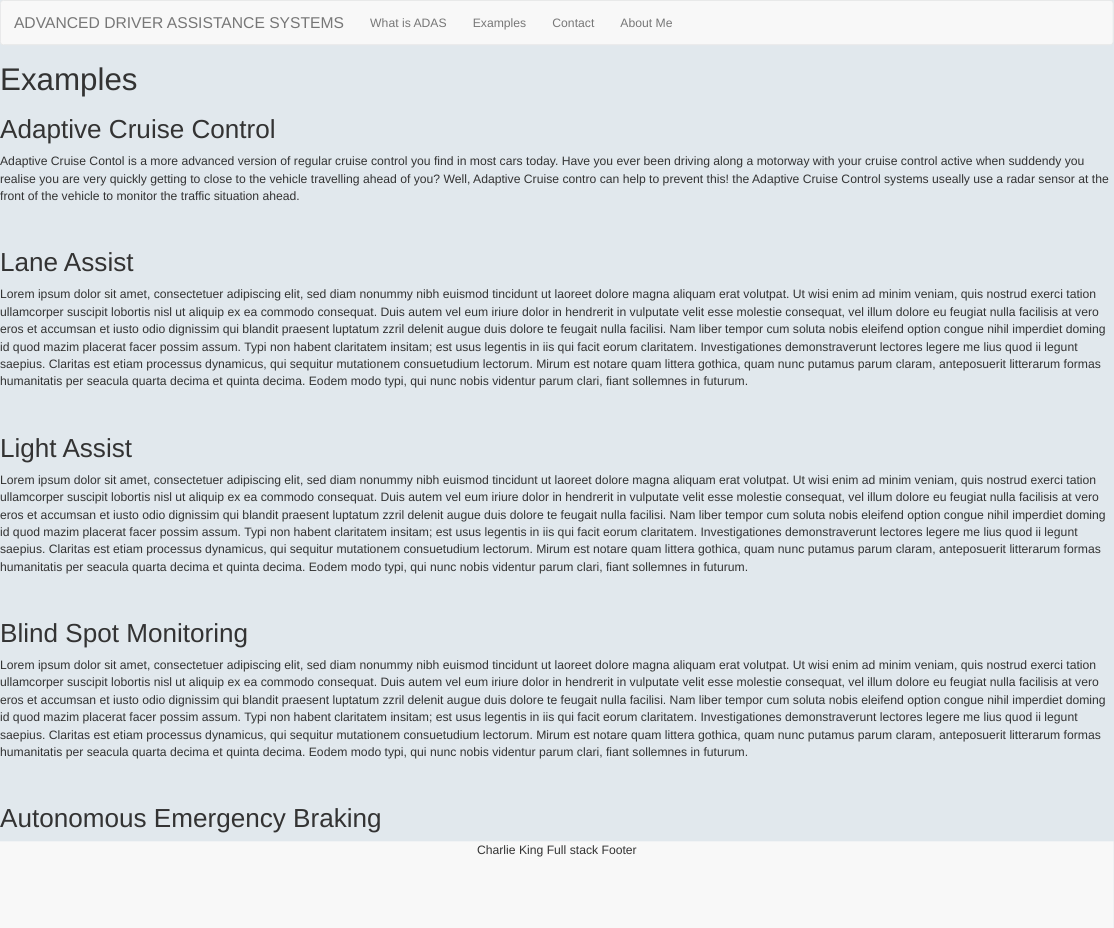
Repository: Cha-K28/First-Milestone-Project
Page: examples.html
The author's editor kept a record of every edit. The page is drawn from the files as they stood at one moment, then again after the next edit.
The browser window is 1280 px wide. The pictures show the whole page, at 87% of full size.

Above is the page before.

After the next edit:
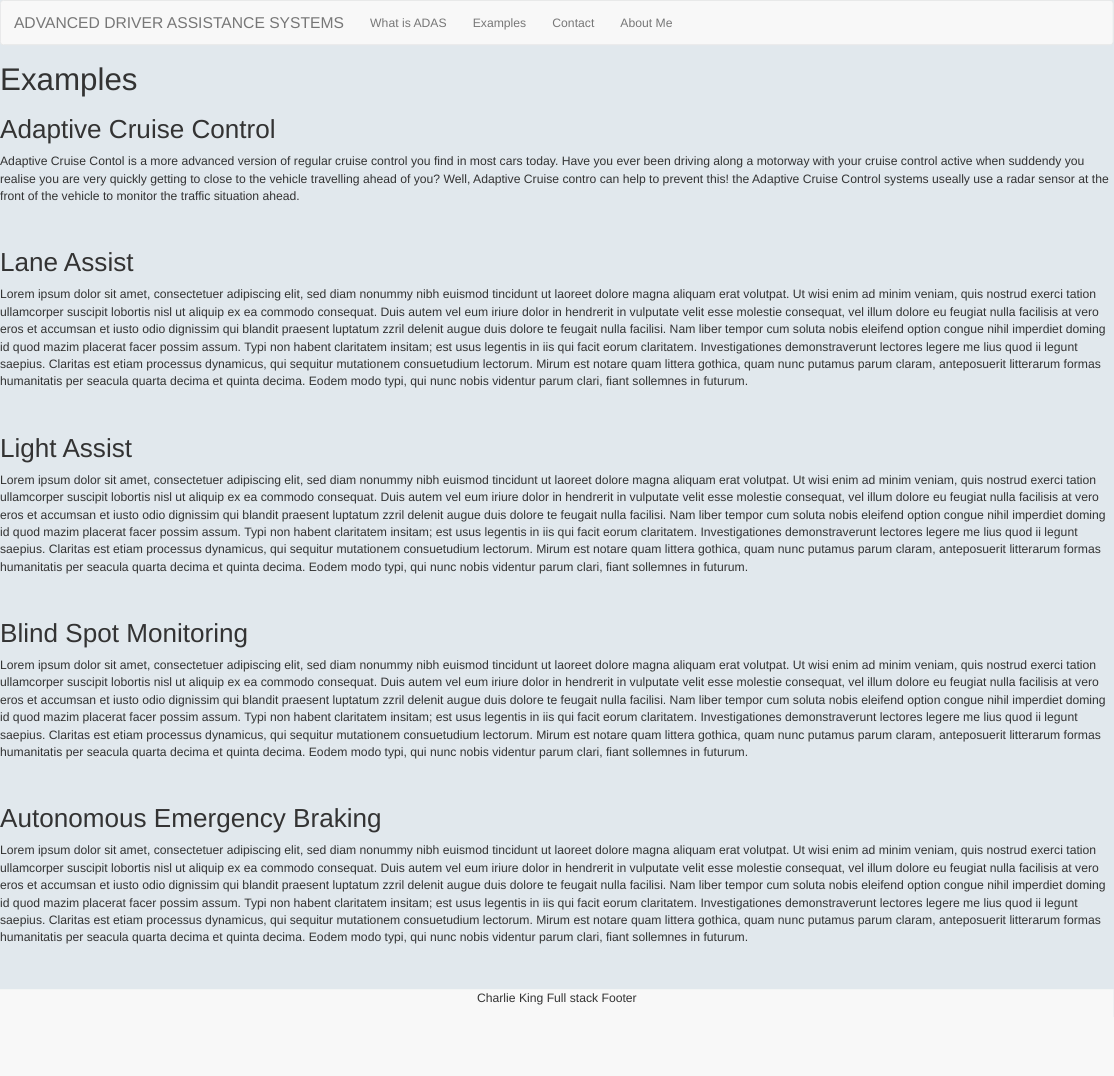
The edit:
--- a/examples.html
+++ b/examples.html
@@ -88,6 +88,28 @@
             in futurum.
         </p>
         <h2>Autonomous Emergency Braking</h2>
+        <p>
+            Lorem ipsum dolor sit amet, consectetuer adipiscing elit,
+            sed diam nonummy nibh euismod tincidunt ut laoreet dolore
+            magna aliquam erat volutpat. Ut wisi enim ad minim veniam,
+            quis nostrud exerci tation ullamcorper suscipit lobortis nisl
+            ut aliquip ex ea commodo consequat. Duis autem vel eum iriure
+            dolor in hendrerit in vulputate velit esse molestie consequat,
+            vel illum dolore eu feugiat nulla facilisis at vero eros et
+            accumsan et iusto odio dignissim qui blandit praesent luptatum
+            zzril delenit augue duis dolore te feugait nulla facilisi.
+            Nam liber tempor cum soluta nobis eleifend option congue
+            nihil imperdiet doming id quod mazim placerat facer possim
+            assum. Typi non habent claritatem insitam; est usus legentis
+            in iis qui facit eorum claritatem. Investigationes
+            demonstraverunt lectores legere me lius quod ii legunt saepius.
+            Claritas est etiam processus dynamicus, qui sequitur mutationem
+            consuetudium lectorum. Mirum est notare quam littera gothica,
+            quam nunc putamus parum claram, anteposuerit litterarum formas
+            humanitatis per seacula quarta decima et quinta decima. Eodem
+            modo typi, qui nunc nobis videntur parum clari, fiant sollemnes
+            in futurum.
+        </p>
 
     </content>
 
